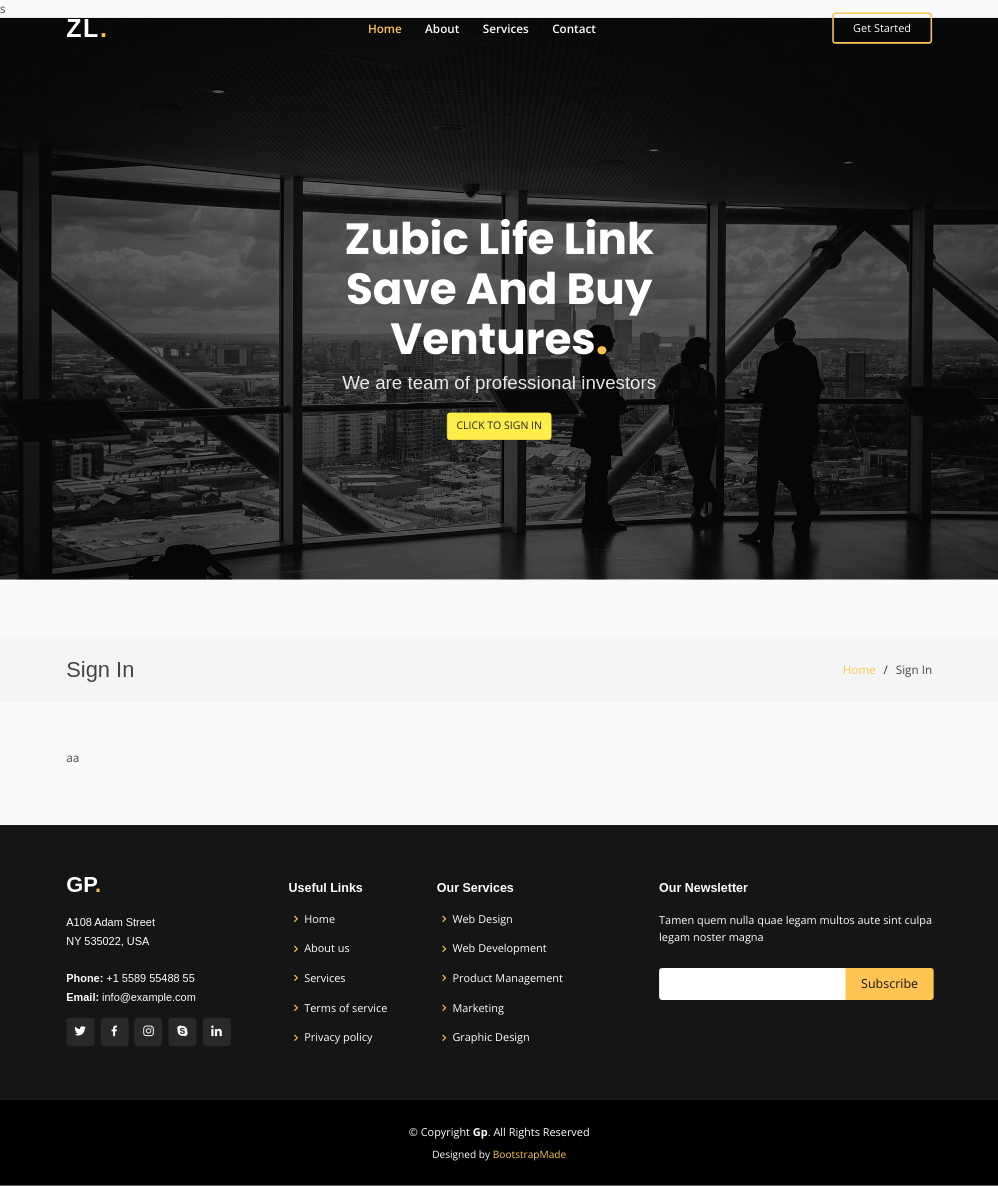
Repository: seyicoded/Zubi-Life-Ventures
Page: http://localhost/safelock
An editor plug-in stored every save of this project. The page is shown before and after the next save, followed by the edit.
The browser window is 1280 px wide. The pictures show the whole page, at 78% of full size.
Backgrounds fixed to the window are drawn as part of the page. Some web fonts or font styles are not loaded; a fallback is used. The page is served by the project's Laravel application, run on PHP 8.4 with Laravel 8. The database holds what the project's SQL file puts in it.

Above is the page before, as saved 2021-11-11 15:01:54.

After the next save:
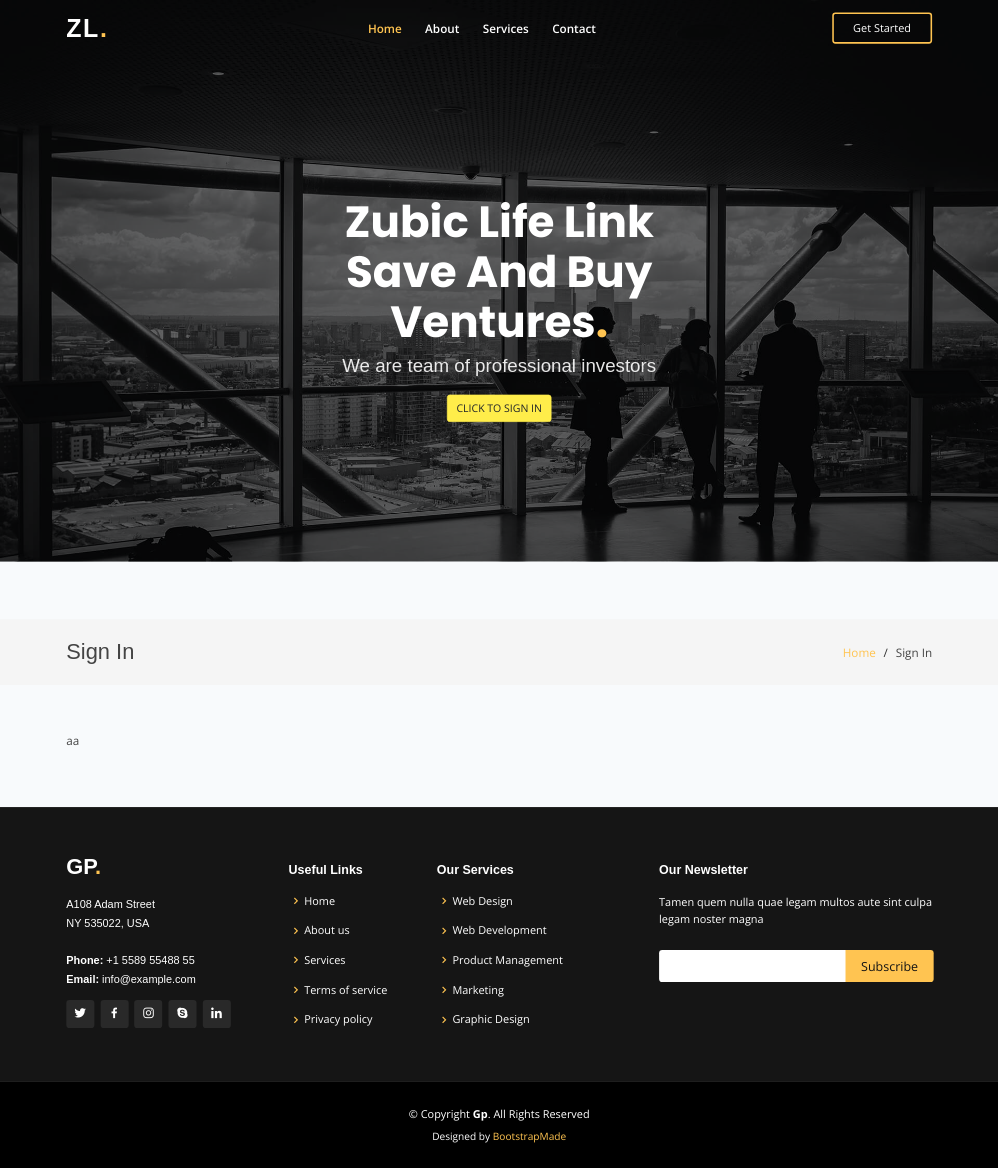
Saved 16 s later.
--- a/resources/views/user/category.blade.php
+++ b/resources/views/user/category.blade.php
@@ -1,4 +1,3 @@
-s
 @extends('layout.app')
 
 @section('content')
